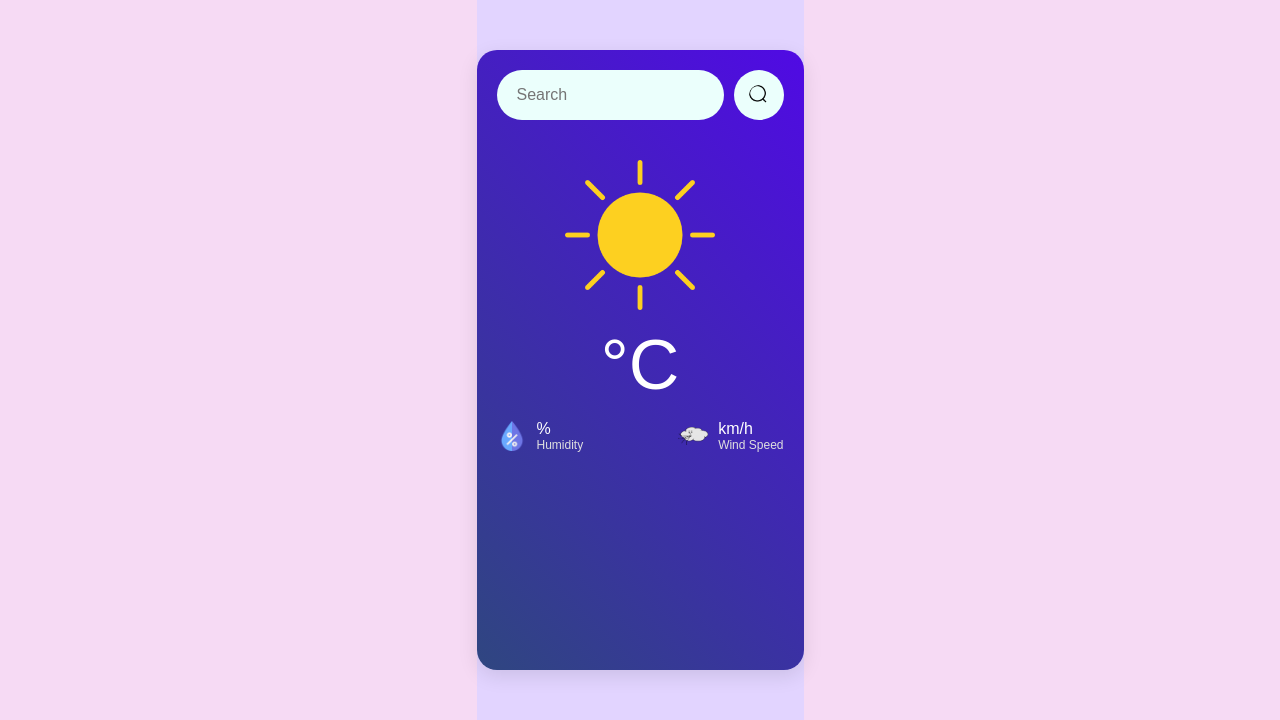
Repository: wakoya-tech/wheather-app
Page: /
These files come from the project's save history. The page is drawn as it stood at one moment and after the next save; the edit follows.
The browser window is 1280 px wide. The pictures show the whole page.
The page's requests for data from a server got no answer. The project was rebuilt for these pictures with package versions that can differ from the ones it lists, and the page was loaded fresh each time. No one was signed in, and anything a server would have sent is missing. Also part of the build but not shown: vite.config.js, src/App.css.

Above is the page before, as saved 2025-10-19 15:53:46.

After the next save:
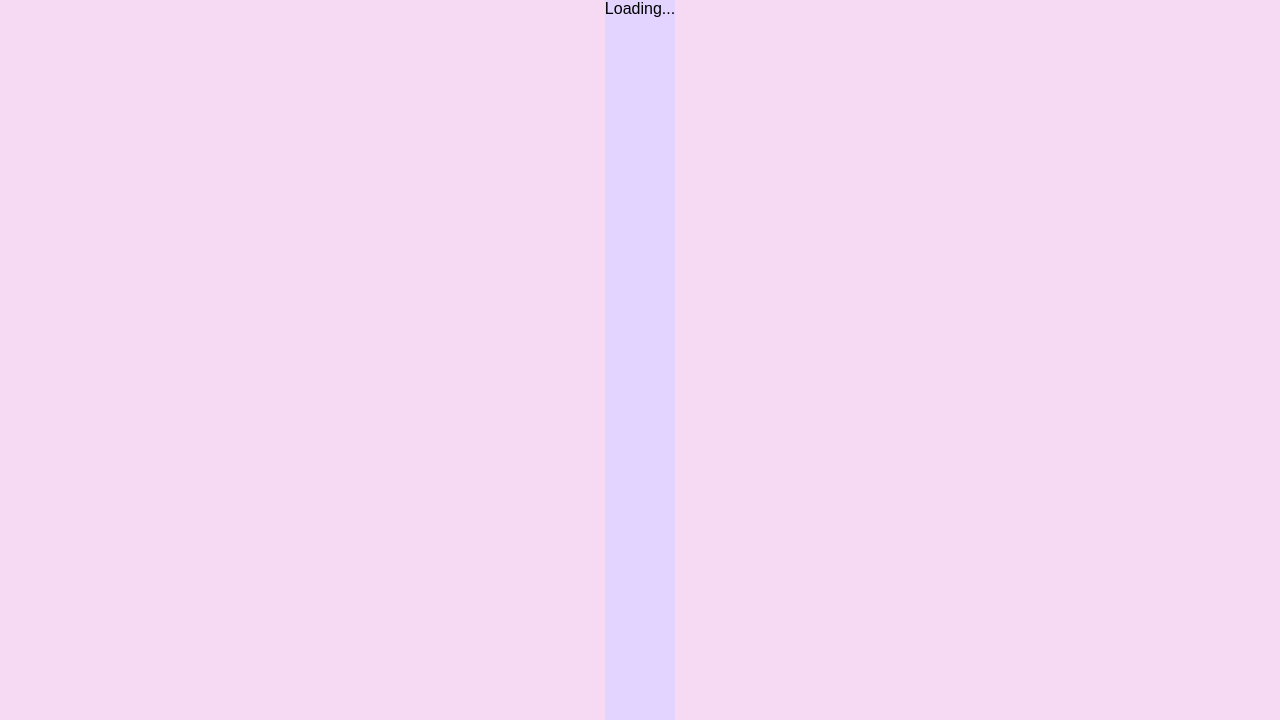
Saved 55 s later.
--- a/src/Components/Weather.jsx
+++ b/src/Components/Weather.jsx
@@ -10,7 +10,8 @@
 import humidity from '../assets/Humidity.png';
 
 function Weather() {
-  const [weatherData,setWeatherData]=useState(false);
+  const [weatherData, setWeatherData] = useState(false);
+
   const allIcons = {
     "01d": clear,
     "01n": clear,
@@ -28,30 +29,36 @@
     "13n": snow,
   };
 
-  const search = async (city)=>{
-    try{
-      const url =`https://api.openweathermap.org/data/2.5/weather?q={city}
-      &units=metric&appid=${import.meta.env.VITE_APP_ID}`
-      const response= await fetch(url);
+  const search = async (city) => {
+    try {
+      const url = `https://api.openweathermap.org/data/2.5/weather?q=${city}&units=metric&appid=${import.meta.env.VITE_APP_ID}`;
+      const response = await fetch(url);
       const data = await response.json();
-        console.log(data);
-        const icon = allIcons[data.weatherData[0] || clear_icon ]
-        setWeatherData({
-        humidity:data.main.humidity,
-        windSpeed:data.wind.speed,
-        temperature:Math.floor(data.main.temp),
-        location:data.name,
-        icon:icon
+      console.log(data);
+
+      const iconCode = data.weather[0].icon;
+      const icon = allIcons[iconCode] || clear;
+
+      setWeatherData({
+        humidity: data.main.humidity,
+        windSpeed: data.wind.speed,
+        temperature: Math.floor(data.main.temp),
+        location: data.name,
+        icon: icon
       });
+    } catch (error) {
+      console.error("Error fetching weather data:", error);
+    }
+  };
 
-    }
-    catch(error){
+  useEffect(() => {
+    search("London");
+  }, []);
 
-    }
+  if (!weatherData) {
+    return <p>Loading...</p>;
   }
-  useEffect(()=>{
-    search("London");
-  },[])
+
   return (
     <div className='weather'>
       <div className="search-bar">
@@ -59,7 +66,7 @@
         <img src={search_icon} alt="Search" />
       </div>
 
-      <img src={clear} alt="Weather Icon" className='weather-icon' />
+      <img src={weatherData.icon} alt="Weather Icon" className='weather-icon' />
       <p className='temperature'>{weatherData.temperature}°C</p>
       <p className='location'>{weatherData.location}</p>
 
@@ -75,7 +82,7 @@
         <div className="col">
           <img src={wind} alt="Wind Speed" />
           <div>
-            <p>{weatherData.windSpeed}km/h</p>
+            <p>{weatherData.windSpeed} km/h</p>
             <span>Wind Speed</span>
           </div>
         </div>
@@ -83,4 +90,5 @@
     </div>
   );
 }
+
 export default Weather;

After the save that followed:
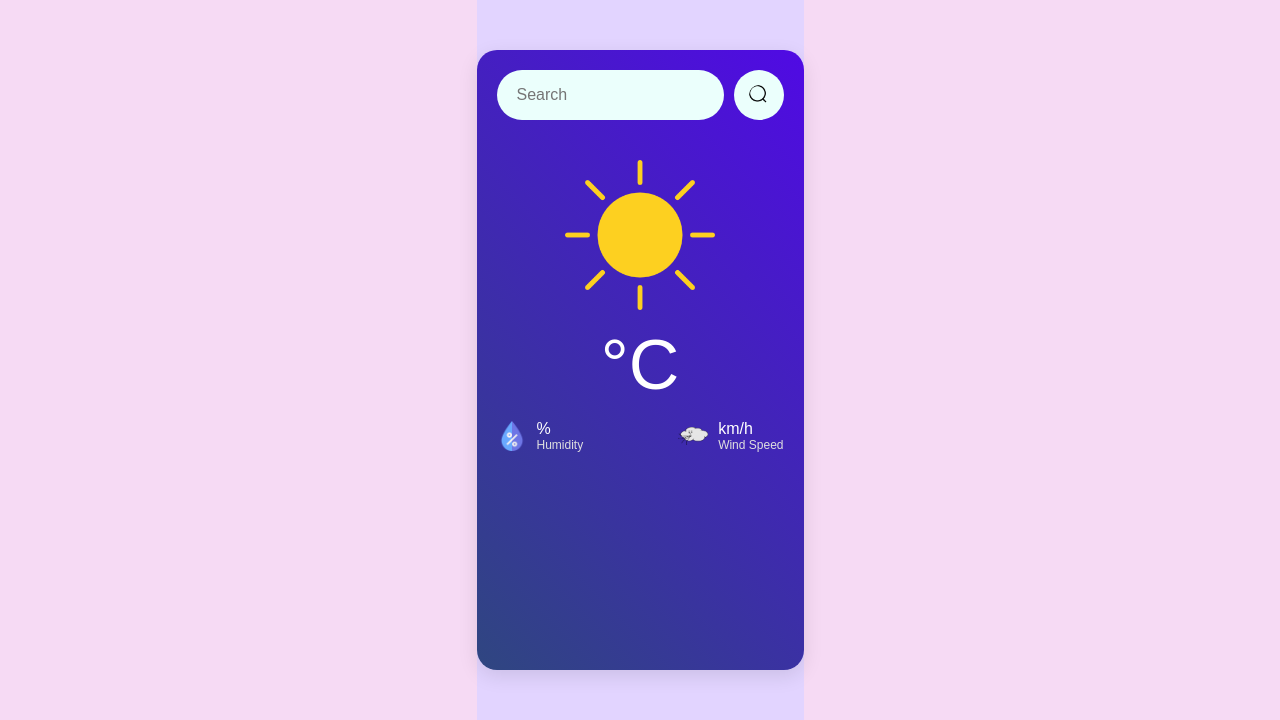
Saved 32 s later.
--- a/src/Components/Weather.jsx
+++ b/src/Components/Weather.jsx
@@ -10,8 +10,7 @@
 import humidity from '../assets/Humidity.png';
 
 function Weather() {
-  const [weatherData, setWeatherData] = useState(false);
-
+  const [weatherData,setWeatherData]=useState(false);
   const allIcons = {
     "01d": clear,
     "01n": clear,
@@ -29,36 +28,30 @@
     "13n": snow,
   };
 
-  const search = async (city) => {
-    try {
-      const url = `https://api.openweathermap.org/data/2.5/weather?q=${city}&units=metric&appid=${import.meta.env.VITE_APP_ID}`;
-      const response = await fetch(url);
+  const search = async (city)=>{
+    try{
+      const url =`https://api.openweathermap.org/data/2.5/weather?q={city}
+      &units=metric&appid=${import.meta.env.VITE_APP_ID}`
+      const response= await fetch(url);
       const data = await response.json();
-      console.log(data);
+        console.log(data);
+        const icon = allIcons[data.weatherData[0] || clear_icon ]
+        setWeatherData({
+        humidity:data.main.humidity,
+        windSpeed:data.wind.speed,
+        temperature:Math.floor(data.main.temp),
+        location:data.name,
+        icon:icon
+      });
 
-      const iconCode = data.weather[0].icon;
-      const icon = allIcons[iconCode] || clear;
+    }
+    catch(error){
 
-      setWeatherData({
-        humidity: data.main.humidity,
-        windSpeed: data.wind.speed,
-        temperature: Math.floor(data.main.temp),
-        location: data.name,
-        icon: icon
-      });
-    } catch (error) {
-      console.error("Error fetching weather data:", error);
     }
-  };
-
-  useEffect(() => {
+  }
+  useEffect(()=>{
     search("London");
-  }, []);
-
-  if (!weatherData) {
-    return <p>Loading...</p>;
-  }
-
+  },[])
   return (
     <div className='weather'>
       <div className="search-bar">
@@ -66,7 +59,7 @@
         <img src={search_icon} alt="Search" />
       </div>
 
-      <img src={weatherData.icon} alt="Weather Icon" className='weather-icon' />
+      <img src={clear} alt="Weather Icon" className='weather-icon' />
       <p className='temperature'>{weatherData.temperature}°C</p>
       <p className='location'>{weatherData.location}</p>
 
@@ -82,7 +75,7 @@
         <div className="col">
           <img src={wind} alt="Wind Speed" />
           <div>
-            <p>{weatherData.windSpeed} km/h</p>
+            <p>{weatherData.windSpeed}km/h</p>
             <span>Wind Speed</span>
           </div>
         </div>
@@ -90,5 +83,4 @@
     </div>
   );
 }
-
 export default Weather;
